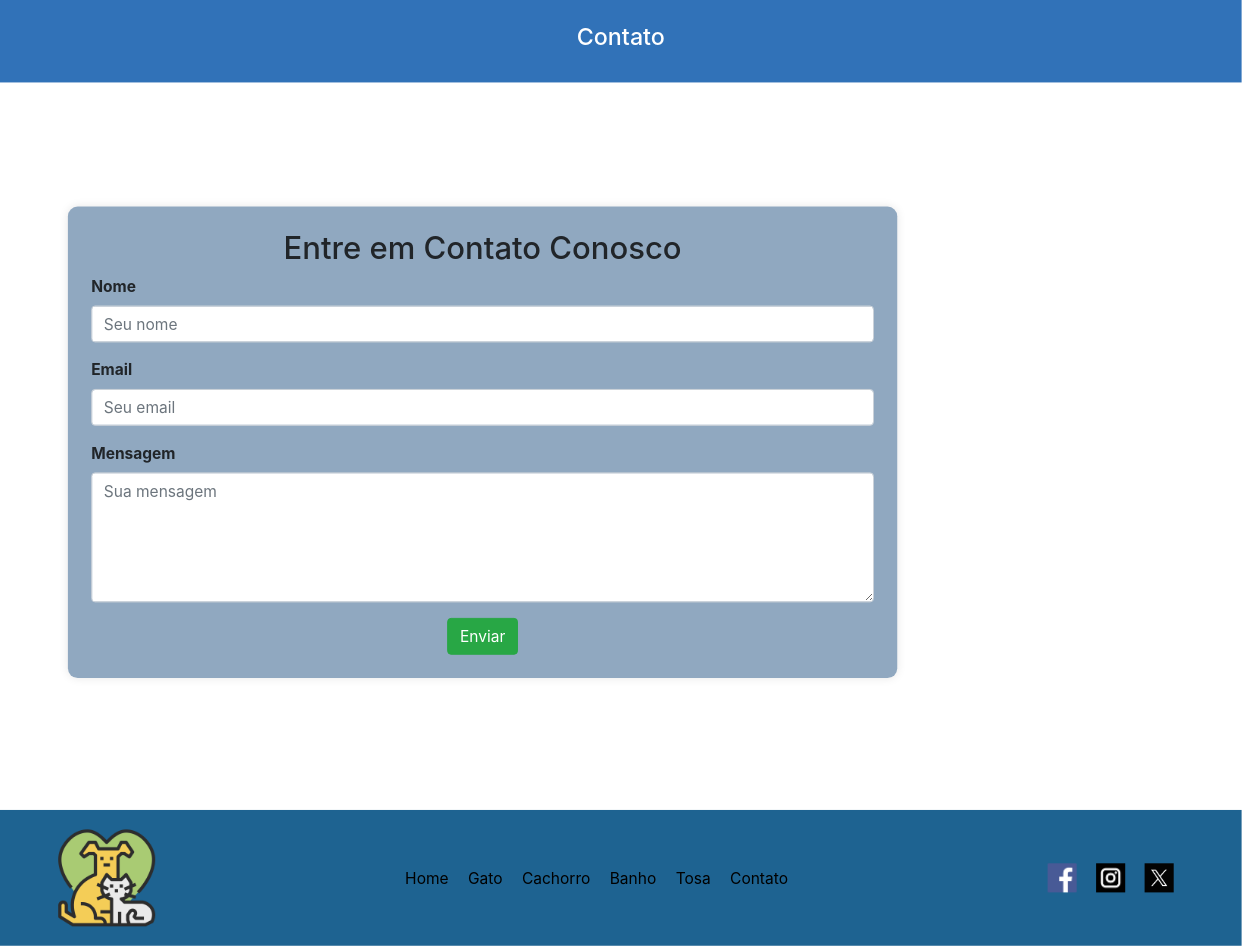
Repository: graeff01/petshop-project
Page: contato.html
These files come from the project's save history. The page is drawn as it stood at one moment and after a run of saves; the edit follows.
The browser window is 1280 px wide. The pictures show the whole page, at 97% of full size.

Above is the page before, as saved 2024-09-18 11:44:22.

After the next 6 saves:
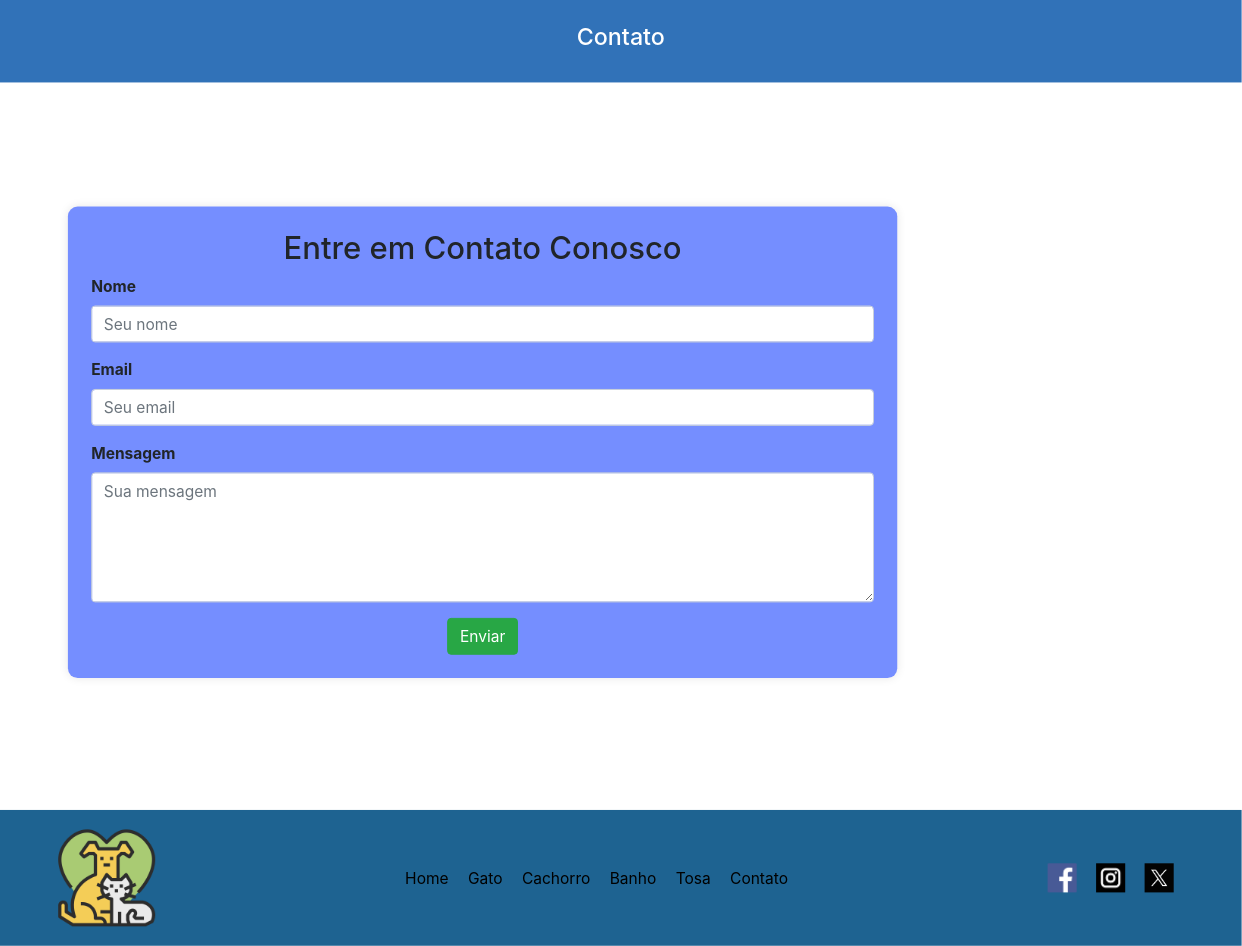
The 6 saves are shown as one change because they came seconds apart.
The last was saved 18 s later.
--- a/css/ctt.css
+++ b/css/ctt.css
@@ -44,7 +44,7 @@
     margin-bottom: 88px;
     flex: 1;
     padding: 20px;
-    background-color: #1b4c7e7c;
+    background-color: #002fff8a;
     border-radius: 10px;
     box-shadow: 0 0 10px rgba(0, 0, 0, 0.1);
 }

After the 4 saves that followed:
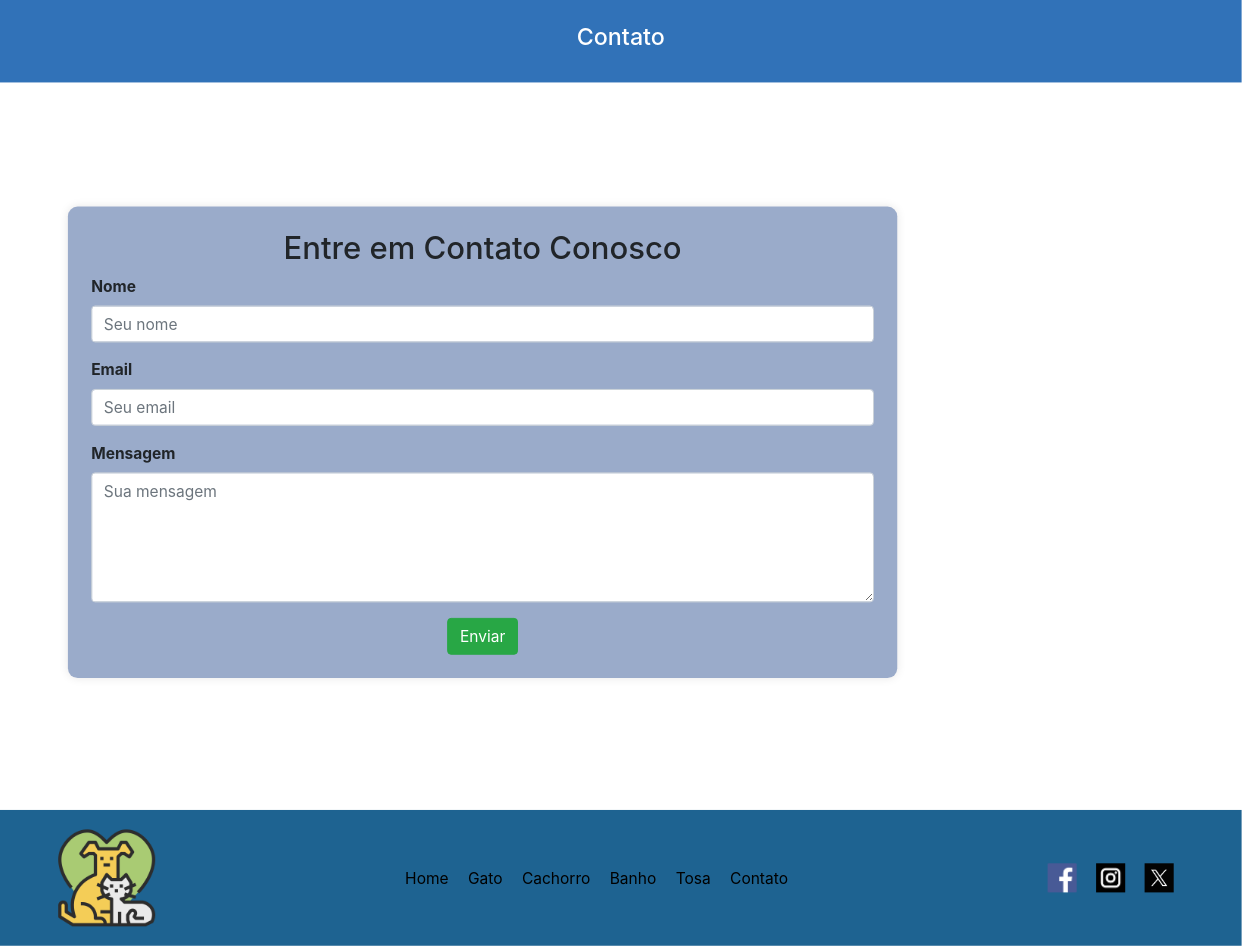
The 4 saves are shown as one change because they came seconds apart.
The last was saved 11 s later.
--- a/css/ctt.css
+++ b/css/ctt.css
@@ -44,7 +44,7 @@
     margin-bottom: 88px;
     flex: 1;
     padding: 20px;
-    background-color: #002fff8a;
+    background-color: #012b7965;
     border-radius: 10px;
     box-shadow: 0 0 10px rgba(0, 0, 0, 0.1);
 }
